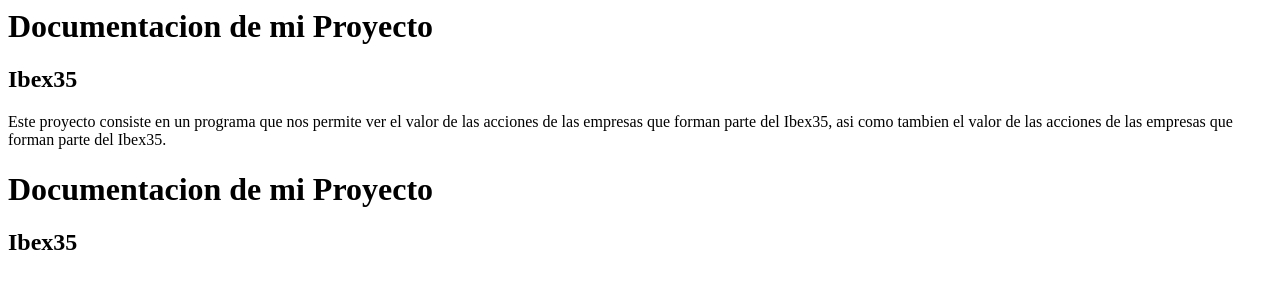
Repository: anderlss04/Reto_2_Evaluacion
Page: README.html
The author's editor kept a copy of each file at every save. The page is drawn from the files as they stood at one save, then again after the next save.
The browser window is 1280 px wide. The pictures show the whole page.

Above is the page before, as saved 2023-02-08 11:36:26.

### README.html
<h1>Documentacion de mi Proyecto</h1>
<h2>Ibex35</h2>
<p>Este proyecto consiste en un programa que nos permite ver el valor de las acciones de las empresas que forman parte del Ibex35, asi como tambien el valor de las acciones de las empresas que forman parte del Ibex35.</p>

<!-- Path: README.html -->
<h1>Documentacion de mi Proyecto</h1>
<h2>Ibex35</h2>

After the next save:
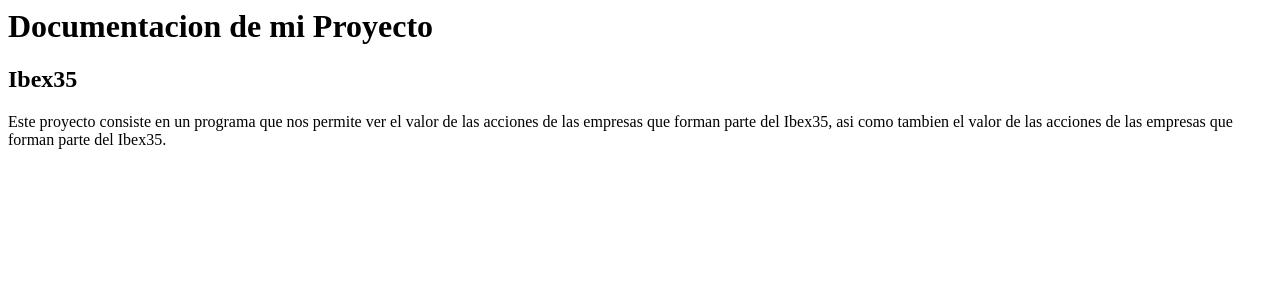
Saved 8 s later.
--- a/README.html
+++ b/README.html
@@ -1,7 +1,3 @@
 <h1>Documentacion de mi Proyecto</h1>
 <h2>Ibex35</h2>
 <p>Este proyecto consiste en un programa que nos permite ver el valor de las acciones de las empresas que forman parte del Ibex35, asi como tambien el valor de las acciones de las empresas que forman parte del Ibex35.</p>
-
-<!-- Path: README.html -->
-<h1>Documentacion de mi Proyecto</h1>
-<h2>Ibex35</h2>
